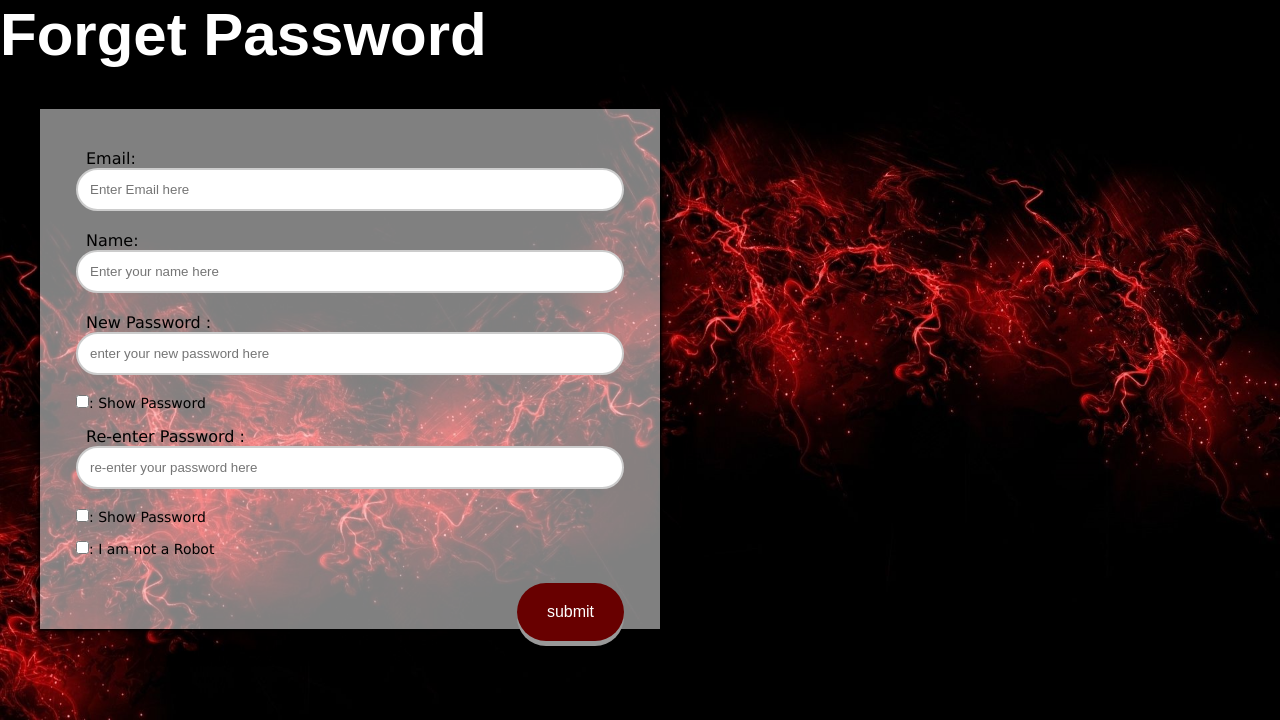
Repository: amila1998/OOP-Group-Assignment-1st-Year-2nd-Semester
Page: http://localhost/OMT/forgetpassword.jsp
The author's editor kept a copy of each file at every save. The page is drawn from the files as they stood at one save, then again after the next save.
The browser window is 1280 px wide. The pictures show the whole page.
Some web fonts or font styles are not loaded; a fallback is used. The page is served by Tomcat 9. Nobody is signed in. The application's start-up code is not run. Other server files are loaded and not shown.

Above is the page before, as saved 2021-05-24 06:18:19.

### OMT/WebContent/forgetpassword.jsp
<%@ page language="java" contentType="text/html; charset=ISO-8859-1"
    pageEncoding="ISO-8859-1"%>
<!DOCTYPE html>
<html>
<head>
<meta charset="ISO-8859-1">
<link rel="stylesheet" type="text/css" href="styles/Default.css">
<link rel="stylesheet" type="text/css" href="styles/resetpassword.css">
<title>Forget Password</title>
</head>
<body>
<h1 class="Ttxtstyle">Forget Password</h1>
<section style="width=100%;" class="logingbody">

	<div id="formStyle3">

		<form action="forgetpassword" method="POST" >
			<div class="col-50">
						<% String msg = request.getParameter("msg");
						if("invalid".equals(msg)){%>
					<br><br><div class="invalid">Invalid Email or Name </div><br><br>
					<%} %>
					<%
						if("resetUNSucc".equals(msg)){%>
					<br><br><div class="invalid">Reset Password Unsuccess </div><br><br>
					<%} %>


					<label for="email">Email:</label>
					<input type="email" name="uemail" placeholder="Enter Email here " required>
					<label for="name">Name:</label>
					<input type="text"  name="name" placeholder="Enter your name here" required>

					<label for="Password">New Password :</label>
					<input type="password" id="pwd" name="pwd" placeholder="enter your new password here"  required >
					<input type="checkbox" onclick="visiblepass()">:  Show Password

				<script>
				function visiblepass() {
				  var x = document.getElementById("pwd");
				  if (x.type === "password") {
				    x.type = "text";
				  } else {
				    x.type = "password";
				  }
				}
				</script>
			 <br><br>
			<label for="rePassword">Re-enter Password :</label>
			<input type="password" id="rpwd" name="rpwd" placeholder="re-enter your password here" required>
			<input type="checkbox" onclick="visiblepassw()">:  Show Password

				<script>
				function visiblepassw() {
				  var x = document.getElementById("rpwd");
				  if (x.type === "password") {
				    x.type = "text";
				  } else {
				    x.type = "password";
				  }
				}
				</script>


			 <br><br>
			<input type="checkbox" id="policy" name="policy" required onclick ="enableButton2()">:  I am not a Robot
			<br><br>
			<input name="register" class="Btn1" type="submit" id="btn2" name="btn2"  value="submit" disable><br>


			<script>function enableButton2(){

						if(document.getElementById("policy").checked){
							if(document.getElementById("pwd").value != document.getElementById("rpwd").value ){

								alert("password are mismatched!!");
								document.getElementById("policy").checked = false;
							}
							else{
							}

							document.getElementById("btn2").disabled= false;//this means submit button is enabled
						}
						else{
							document.getElementById("btn2").disabled= true;

						}
					}
		</script>

				</div>
				</div>

			</div>
		</form>

</section>



</body>
</html>

### OMT/WebContent/styles/Default.css
@charset "ISO-8859-1";

* {
  box-sizing: border-box;
  margin: 0;
  padding: 0;
}

body {
  font-family: roboto, sans-serif;
  background-image: url("../images/bg.jpg");
  background-repeat: repeat;
  background-attachment: fixed;
  background-size: 100%;
}

/*start of header*/
#mainHeader {
  width: 100%;
  display:flex;
  justify-content: space-between;
  padding: 0px 10px;
  width: 100%;
  position:fixed;
  top: 0px;
  background: #eee;
  transition: background 0.4s;
  z-index: +1;
}

#mainHeader.is-sticky {
  background: #333;
}

#mainHeader.is-sticky a {
  color:#eee;
}

#mainHeader.is-sticky .logo img {
  height:64px;
}

#mainHeader.is-sticky .Plogo img {
  margin-top:10px;
}

#mainHeader.is-sticky .SearchPadding {
  padding:5px 20px;

}
.logo img {
  height: 84px;
  transition: height 0.4s;
}
.Plogo img {
  height: 50px;
  margin-top:18px;
  transition:0.4s;
}
#mainHeader .SearchPadding{
	padding:10px 10px;
	transition:0.4s;
}
#mainHeader .searchForm {
  float: middle;
  padding: 6px 20px;
  margin-top: 15px;
  background: none;
  font-size: 17px;
  border: none;
  cursor: pointer;
  display:flex;
}

.searchTxt
{
  background-color: white;
  border: none;
  padding: 5.5px 10px;
  text-decoration: none;
  display: inline-block;
  font-size: 12px;
  width:400px;
}
.searchBT:hover {
  background-color:#66ff66;
  cursor: pointer;
}

.searchBT {
  background-color: #00cc00;
  border: none;
  color: white;
  padding: 5px 10px;
  text-align: center;
  text-decoration: none;
  display: inline-block;
  font-size: 14px;
}




/*End of header*/

/* start editing horizontal menu*/
#menu {
	 margin-top: 84px;
	 width: 100%;
}



ul.menu {
  list-style-type: none;
  margin: 0;
  padding: 0;
  overflow: hidden;
  background-color: #333;
}

li.menu1 {
  float: left;
}
li.menu2 {
  float: right;
}

#menu li a   {
	/* When you have li and a together this will work*/
  display: block;
  color: white;
  text-align: center;
  padding: 14px 16px;
  text-decoration: none;
}

/* Change the link color to pink on hover
When you move the curser to a menu item it will highlighted with pink*/
#menu  li a:hover {
  background-color: gray;
}
/*============================================================================*/
/*Start of footer*/

div.Bfooter{
	display:table;
	width:100%;
	height:auto;
}
#mainFooter {
  display:flex;
  justify-content: space-between;
  bottom:0px;
  padding:10px 30px;
  width: 100%;
  background: #333;
  color:white;
  position:fixed;


}
#mainFooter .FtopPadding{
	padding-top:10px;
}
.SocialLogos img {

	width:30px;
	height:30px;
}
#mainFooter ul.SocialLogos {
  list-style-type: none;
  margin: 0;
  padding:0;
  overflow: hidden;
}
#mainFooter li.SocialLogos {
  float: left;
}
#mainFooter li a {
  display: block;
  color: white;
  text-align: center;
  padding: 14px 16px;
  text-decoration: none;
}

.DateandTime{
	font-family:"Arial Black", Gadget, sans-serif;


}
.copyRSing{
	font-family:"Comic Sans MS", cursive, sans-serif;
	padding-left:90px;
}
#Footer2 {
  display:flex;
  justify-content: space-between;
  padding: 10px 16px;
  width: 100%;
  background: #14141f;
  color:white;
  margin-bottom:50px;

}
#Footer2 ul.style {
  list-style-type: none;
  overflow: hidden;
  padding-bottom:40px;
}
#Footer2 li a{
	color: white;
  text-align: left;
  padding: 14px 16px;
  text-decoration: none;
  font-style: italic;
}
#Footer2 li a:hover {
  color: gray;
}

#Footer2 .Txtstyle{
	font-family:"Comic Sans MS", cursive, sans-serif;
	font-size:24px;
	line-height: 1.8;
}
#Footer2 .Txtstyle2{
	padding-top:90px;
	font-family:"Comic Sans MS", cursive, sans-serif;
	font-size:24px;
	line-height: 1.8;
}

#Footer2 ul.proFBBt {
  background-color: #00cc00;
  border: none;
  color: white;
  padding: 20px 50px;
  text-align: center;
  text-decoration: none;
  display: inline-block;
  font-size: 14px;
  list-style-type: none;
  margin: 0;
  overflow: hidden;
}

#Footer2 .btpadding{
	padding-top:50px;
	padding-left:20px;
}
/*============================================================================*/

h1.Ttxtstyle{
	color:white;
	font-family:"Arial Black", Gadget, sans-serif;
	text-shadow:1px 1px 2px black, 0 0 25px black, 0 0 5px black;
	font-size:60px;
}

section {
	padding:20px 20px;
}

/*DIV sections*/
.row {
  display: flex;
  flex-wrap: wrap;
  margin: 0 -16px;
}



.col-25 {
  flex: 25%;
}

.col-50,
.coll-50 {
   flex: 50%;
}

.col-75 {
  flex: 75%;
}

.col-25,
.col-50,
.col-75 {
  padding: 20px 16px;
}
/*--------------------------------------------------------------------------------------*/
/*Form*/
fieldset{
	padding:20px 20px;
}

legend{
	font-size:22px;
	font-weight:bold;
}

#formStyle1.style2{
	font-family:"Arial Black", Gadget, sans-serif;
	font-size:30px;
}

#formStyle1 label,
#formStyle3 label {
  display: block;
  font-size:16px;
  float:left;
  margin-left:10px;
}

#formStyle4 label{
  float:center;
  display: block;
  font-size:16px;
  margin-left:10px;
  margin-bottom:30px;
}

#formStyle2 label{
	 font-family: "Comic Sans MS", cursive, sans-serif;
	 font-weight:bold;
    font-size: 22px;
    line-height: 1.15;
    margin: 0;
	 width:100%;
}
#formStyle6 input[type=text],
#formStyle6 input[type=email],
#formStyle3 input[type=email],
#formStyle3  input[type= password],
#formStyle1  input[type= password],
#formStyle1  input[type= number],
#formStyle1 input[type=file],
#formStyle1 input[type=number]
#formStyle4 input[type=email],
#formStyle1 input[type=email],
#formStyle1 input[type=month],
#formStyle1 input[type=date],
#formStyle1 input[type=text],
#formStyle1 input[type=tel],
#formStyle3 input[type=text],
#formStyle4 input[type=tel],
#formStyle4 input[type=text],
#formStyle1 select{
  width: 100%;
  margin-bottom: 20px;
  padding: 12px;
  border: 2px solid #ccc;
  border-radius: 50px;
}

#formStyle6 input:active[type=text],
#formStyle6 input:active[type=email],
#formStyle3  input:active[type= password],
#formStyle3  input:active[type= email],
#formStyle1 input:active[type=file],
#formStyle1 input:active[type=number],
#formStyle1 input:active[type=month],
#formStyle1 input:active[type=text],
#formStyle3 input:active[type=text],
#formStyle4 input:active[type=text],
#formStyle4 input:active[type=text],
#formStyle1 select:active{
    border: 2px solid #808080;
	outline:none;
}

#formStyle3  input[type= radio]{
  margin-bottom: 20px;
  padding: 12px;
  border: 1px solid #ccc;
  border-radius: 3px;
  justify-content: space-between;
  margin-left:20px;
  outline:none;
}
#formStyle6 textarea,
#formStyle1 textarea{
  width: 100%;
  margin-bottom: 20px;
  padding: 12px;
  border: 1px solid #ccc;
  border-radius: 3px;
  height:80px;
  font-family:Verdana;
  border-radius:50px;
  outline:none;
  resize: vertical;

}

#formStyle1 form,
#formStyle2 form,
#formStyle3 form,
#formStyle4 form{
	padding:20px;
	background-color: rgba(255, 255, 255,0.5);
	font-size:14px;
	font-family:Verdana;
	color:black;
	margin:20px;
	box-shadow:1px 1px 2px black, 0 0 25px black, 0 0 5px black;
	outline: none;
	border:none;

}
#formStyle6 form{
	font-size:14px;
	font-family:Verdana;
	outline: none;
	border:none;
	padding:20px;
}

#formStyle1 form,
#formStyle4 form{
	width:99%;
}

#formStyle2 form{
	width:95%;
}

#formStyle3 form{
	width:50%;
	align-items: center;
	position:center;

}


.Btn,
.Btn1,
.Btn2,
.Btn3,
.Btn4,
.Btn5{

	padding:20px 30px;
	font-size: 16px;
  text-align: center;
  cursor: pointer;
  outline: none;
  color: #fff;
  background-color: #680000;
  border: none;
  border-radius: 30px;
  box-shadow: 0 5px #999;
  margin-bottom:30px;
  margin-top:10px;
  margin-left:20px;



}



.Btn:active,
.Btn1:active,
.Btn3:active,
.Btn2:active,
.Btn4:active,
.Btn5:active,
.Btn6:active{
	background-color: #ff6a6f;
  box-shadow: 0 3px #666;
  transform: translateY(4px);
}

.Btn:hover,
.Btn1:hover,
.Btn3:hover,
.Btn2:hover,
.Btn4:hover,
.Btn5:hover{
	background-color: #ff6a6f
}
.Btn,
.Btn1{
	float:right;
}

.Btn2{
	float:left;
}
.Btn3{
	margin-bottom:20px;

}
.Btn4{
	margin-left:10px;

}

### OMT/WebContent/styles/resetpassword.css
@charset "ISO-8859-1";


.invalid {
  background-color: red;
  text-align: center;
  color:white;
  padding:10px;
   border-radius: 25px;
}

After the next save:
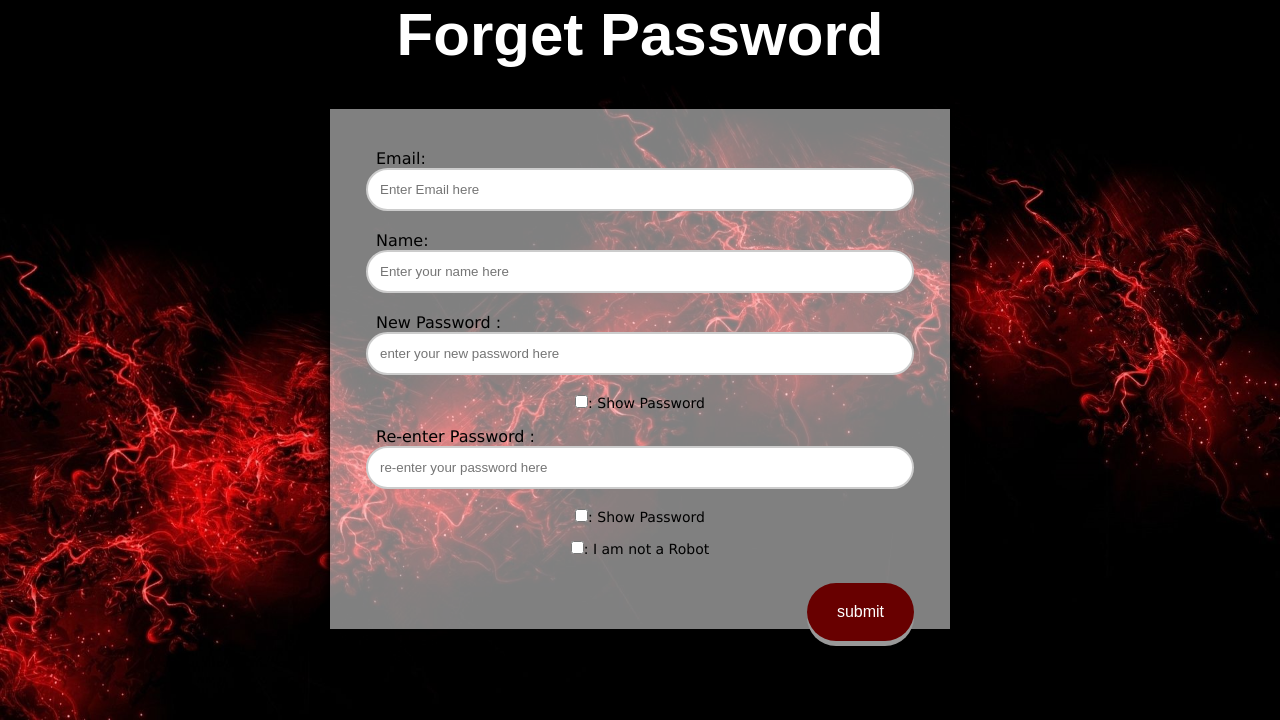
Saved 3 h 9 min later.
--- a/OMT/WebContent/forgetpassword.jsp
+++ b/OMT/WebContent/forgetpassword.jsp
@@ -9,7 +9,7 @@
 <title>Forget Password</title>
 </head>
 <body>
-<h1 class="Ttxtstyle">Forget Password</h1>
+<center><h1 class="Ttxtstyle">Forget Password</h1>
 <section style="width=100%;" class="logingbody">
 
 	<div id="formStyle3">
@@ -92,7 +92,7 @@
 				</div>
 
 			</div>
-		</form>
+		</form></center>
 
 </section>
 
